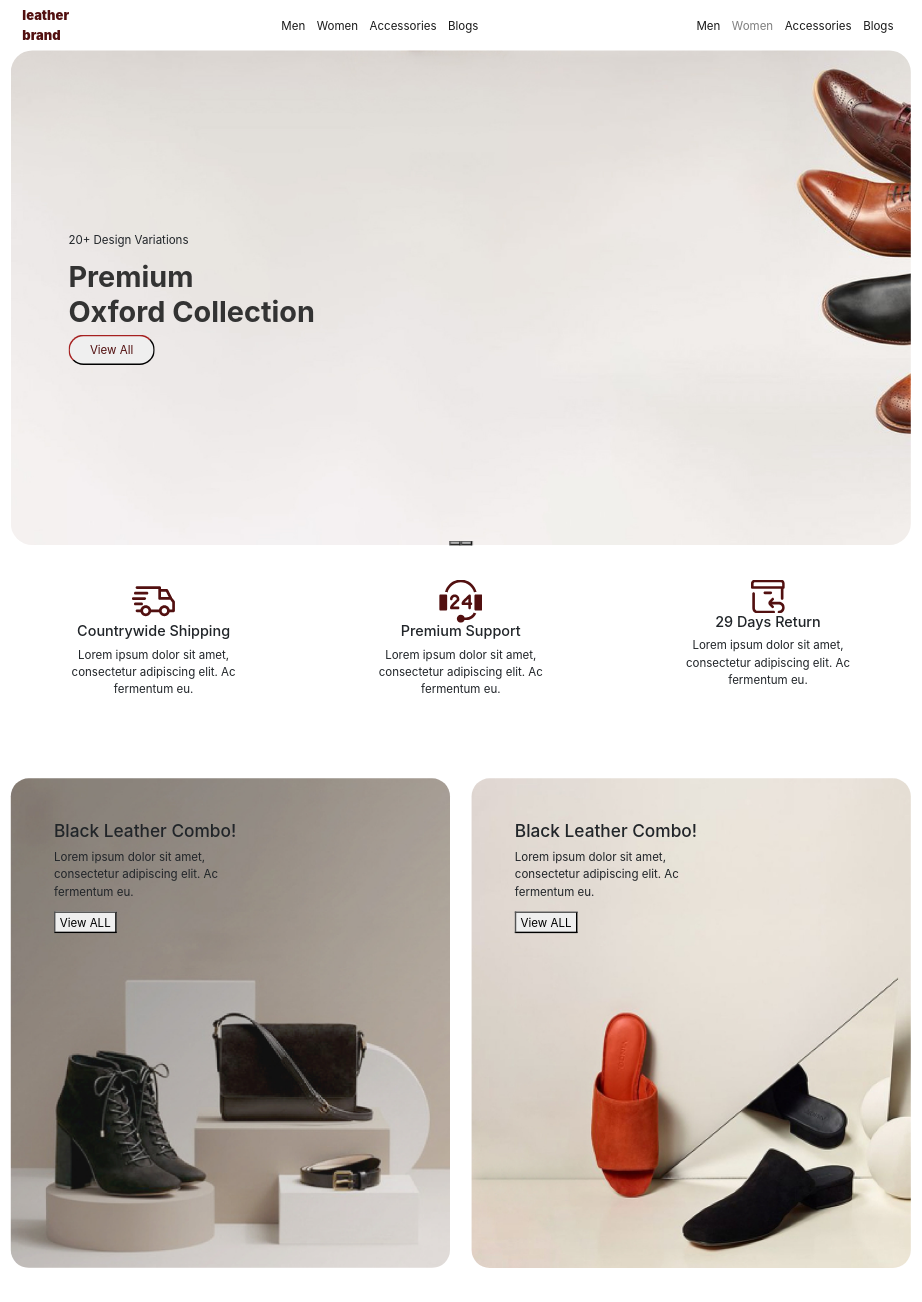
Repository: arif286/fashion-house
Page: /
These files come from the project's save history. The page is drawn as it stood at one moment and after the next save; the edit follows.
The browser window is 1280 px wide. The pictures show the whole page, at 72% of full size.
The project was rebuilt for these pictures with package versions that can differ from the ones it lists, and the page was loaded fresh each time. The framework's server and built-in components were replaced by stand-ins that run in the browser. Also part of the build but not shown: nuxt.config.js, components/Contact.vue, components/DisplayCollection.vue, components/Footer.vue, components/NuxtLogo.vue, components/Products.vue, components/Tutorial.vue.

Above is the page before, as saved 2021-07-12 05:25:13.

After the next save:
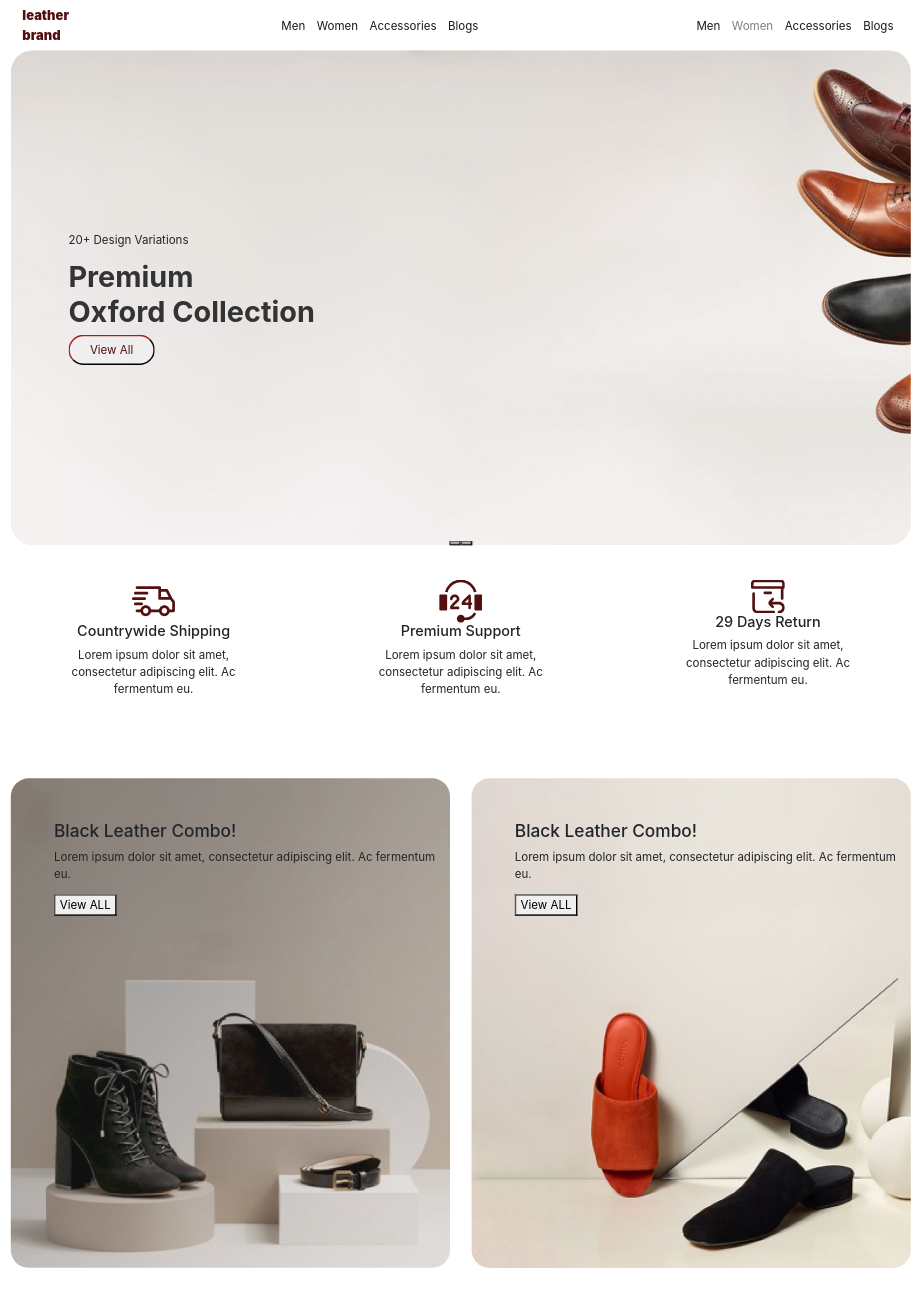
Saved 33 s later.
--- a/components/NewCollection.vue
+++ b/components/NewCollection.vue
@@ -42,6 +42,5 @@ export default {
 }
 .card-body {
   padding: 60px 0px 0px 60px;
-  width: 320px;
 }
 </style>
